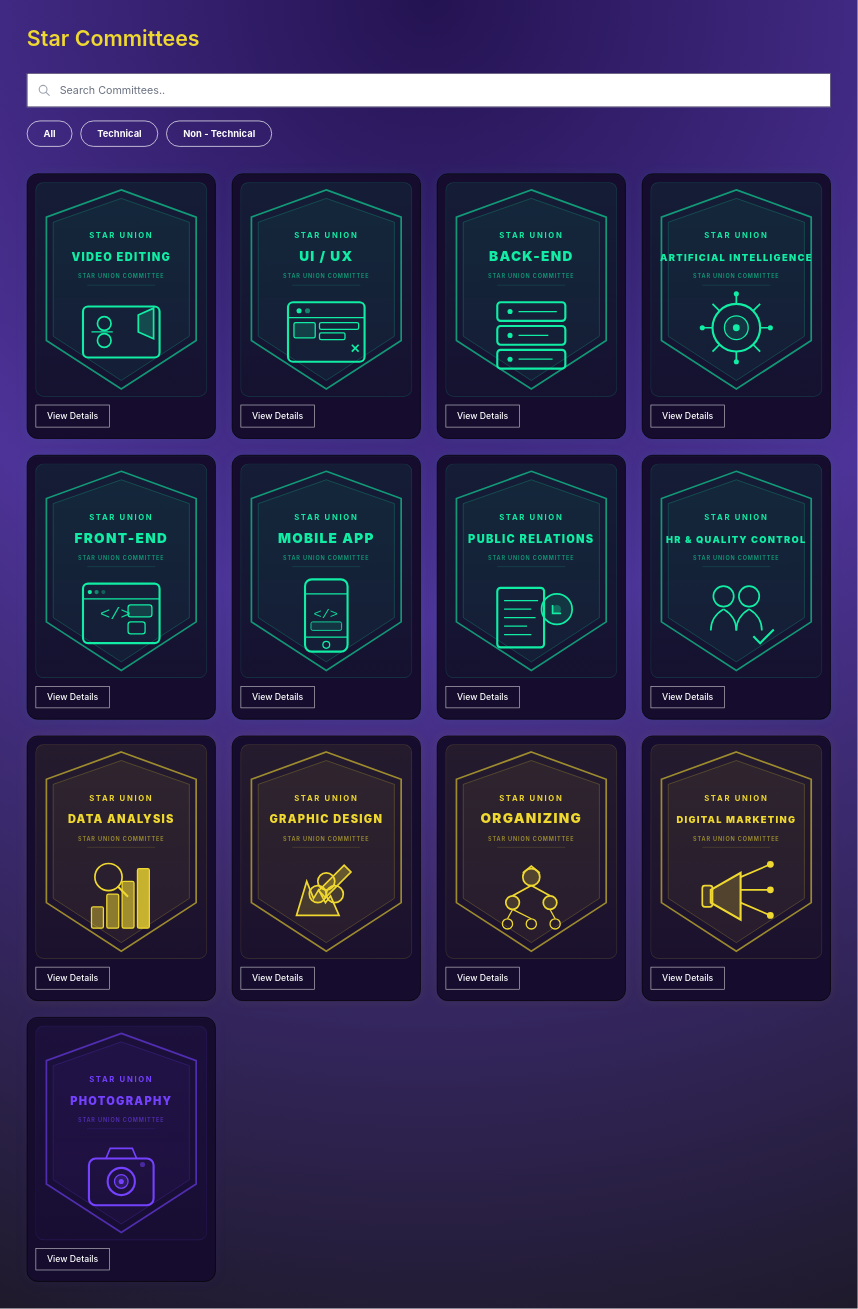
Repository: Frontend-Committee/StarUnion-Website
Page: /committees
The author's editor kept a copy of each file at every save. The page is drawn from the files as they stood at one save, then again after a run of saves.
The browser window is 1280 px wide. The pictures show the whole page, at 67% of full size.
The project was rebuilt for these pictures with package versions that can differ from the ones it lists, and the page was loaded fresh each time. Also part of the build but not shown: vite.config.js, src/features/committees/pages/CommitteeDetailsPage.jsx, src/components/common/Navbar.jsx, src/components/common/Footer.jsx.

Above is the page before, as saved 2026-02-26 02:53:15.

After the next 2 saves:
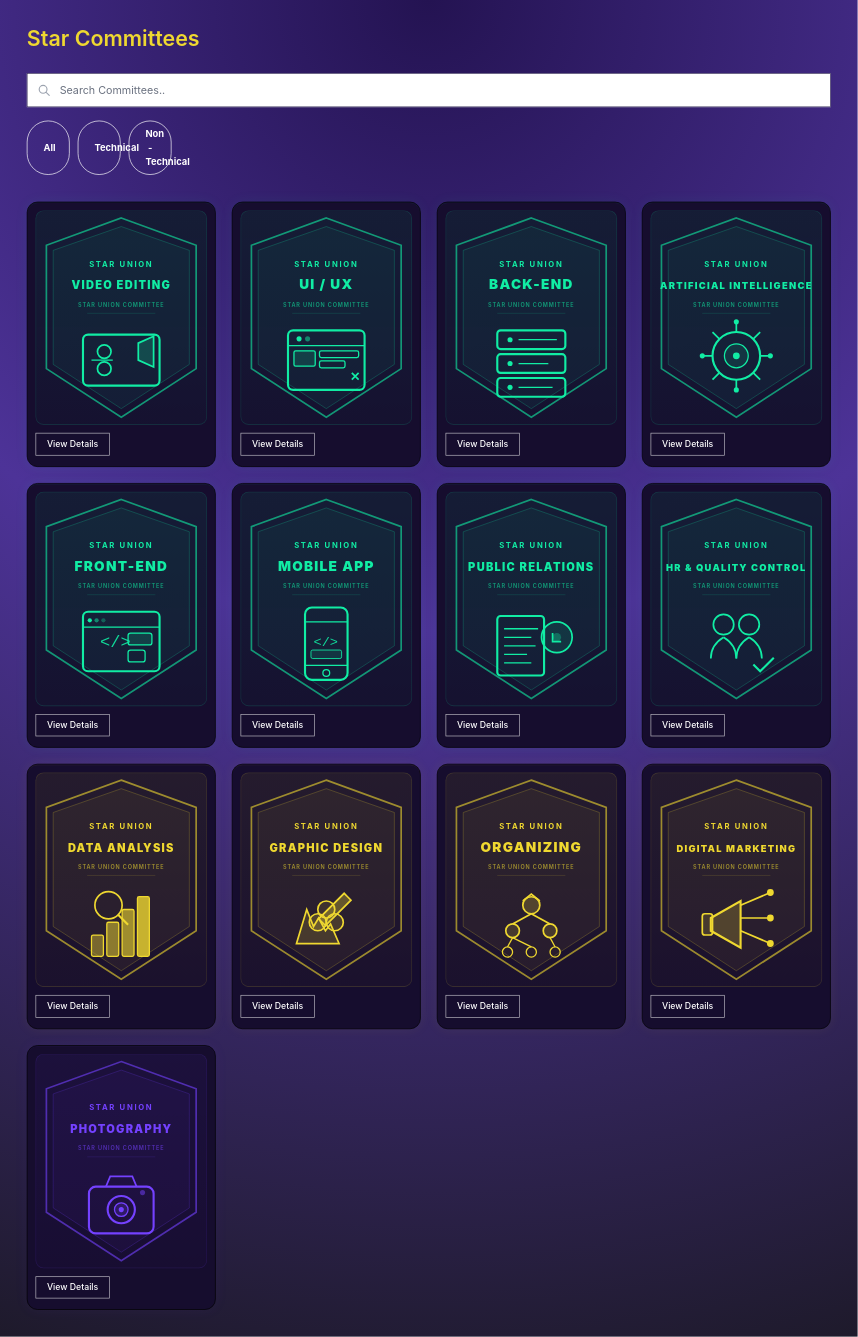
The 2 saves are shown as one change because they came seconds apart.
The last was saved 64 s later.
--- a/src/features/committees/pages/CommitteesPage.jsx
+++ b/src/features/committees/pages/CommitteesPage.jsx
@@ -75,7 +75,7 @@
                 key={tab.value}
                 id={`filter-${tab.value}`}
                 onClick={() => setActiveFilter(tab.value)}
-                className={`px-6 py-2 rounded-full text-[14px] font-bold transition-all duration-300 ${
+                className={`px-6 py-2 w-16 rounded-full text-[14px] font-bold transition-all duration-300 ${
                   activeFilter === tab.value
                     ? "bg-primary text-white border border-white"
                     : "border border-primary  text-white hover:bg-white/10"

After the save that followed:
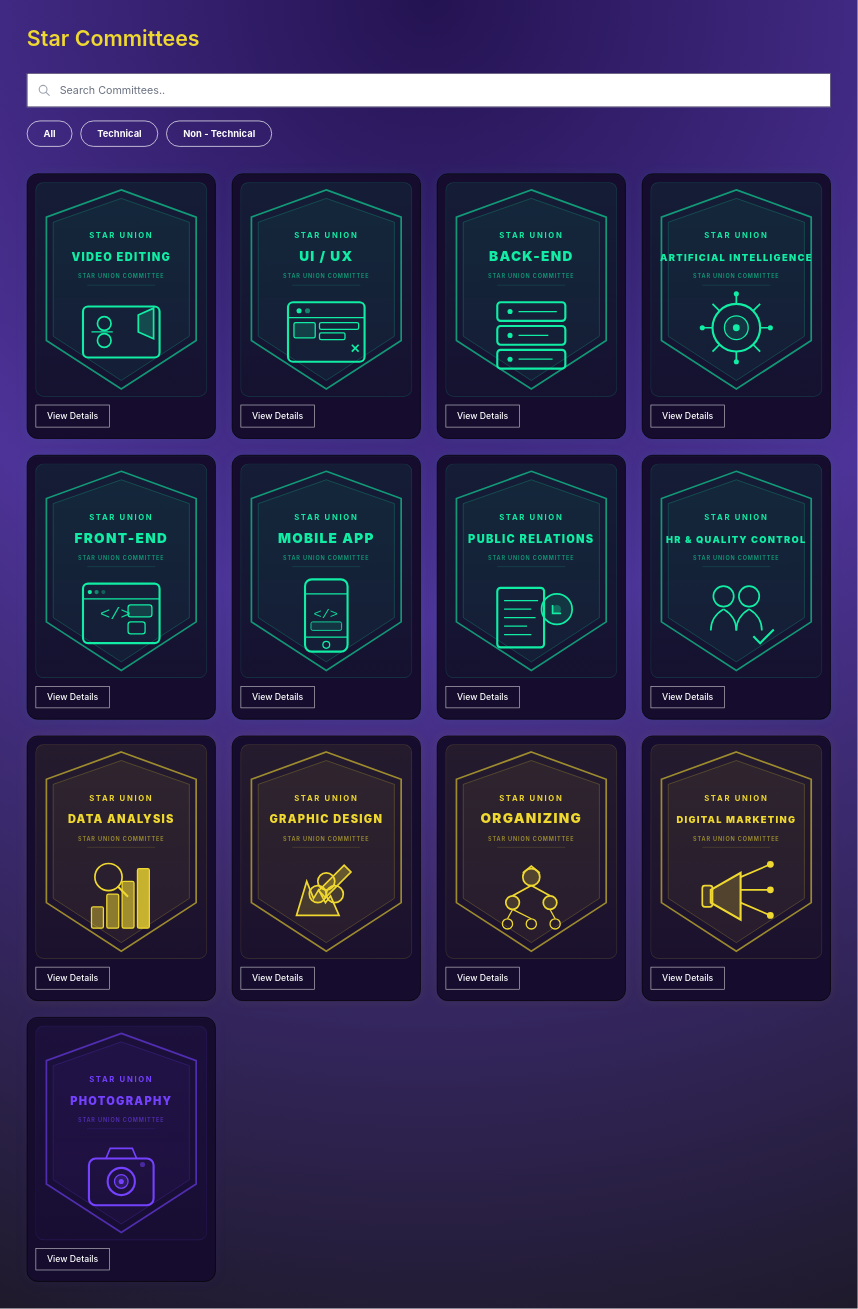
Saved 6 s later.
--- a/src/features/committees/pages/CommitteesPage.jsx
+++ b/src/features/committees/pages/CommitteesPage.jsx
@@ -75,7 +75,7 @@
                 key={tab.value}
                 id={`filter-${tab.value}`}
                 onClick={() => setActiveFilter(tab.value)}
-                className={`px-6 py-2 w-16 rounded-full text-[14px] font-bold transition-all duration-300 ${
+                className={`px-6 py-2 w- rounded-full text-[14px] font-bold transition-all duration-300 ${
                   activeFilter === tab.value
                     ? "bg-primary text-white border border-white"
                     : "border border-primary  text-white hover:bg-white/10"
